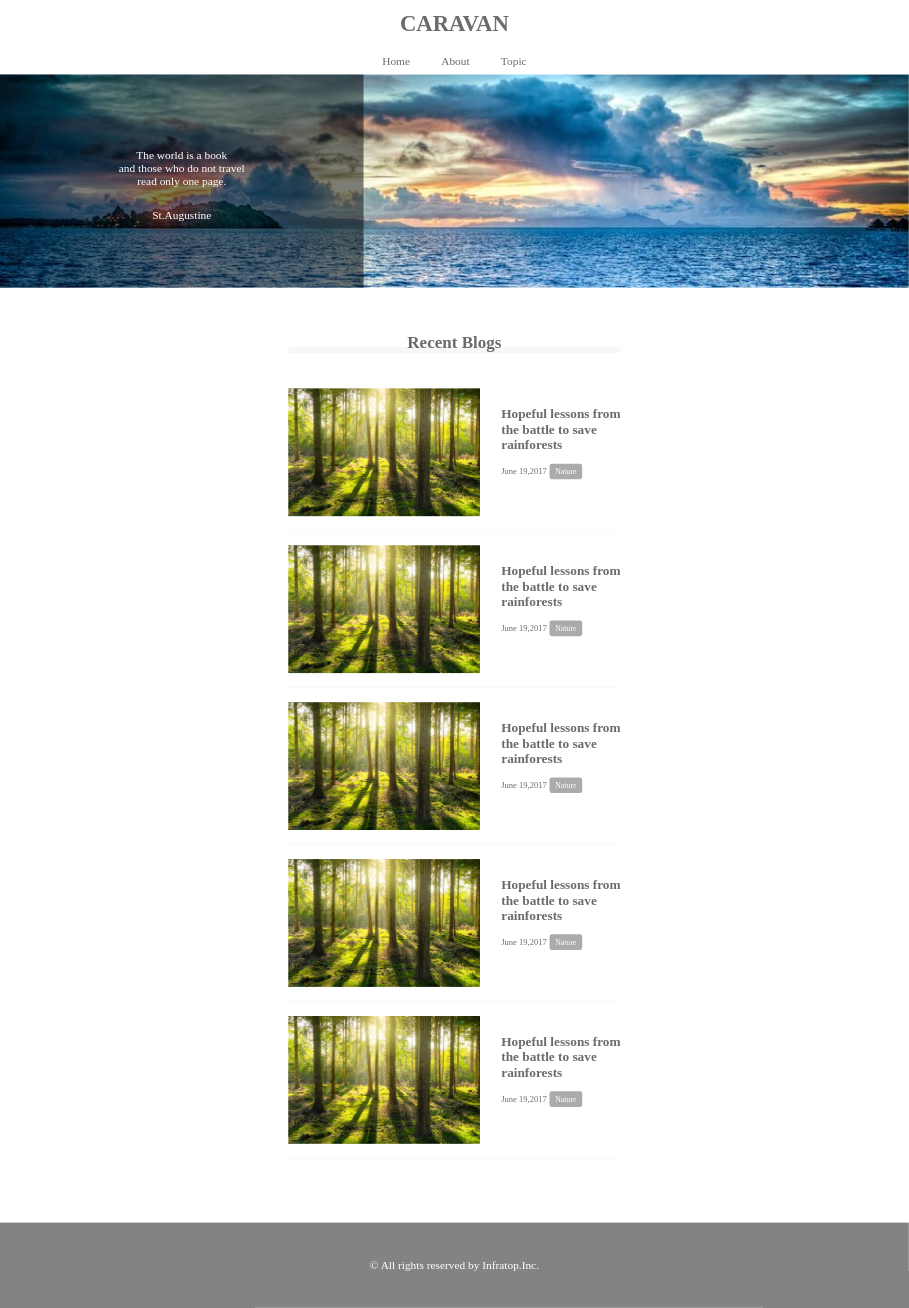
Repository: mitoma99/task4
Page: caravan/index.html
The author's editor kept a record of every edit. The page is drawn from the files as they stood at one moment, then again after the next edit.
The browser window is 1280 px wide. The pictures show the whole page, at 71% of full size.

Above is the page before.

After the next edit:
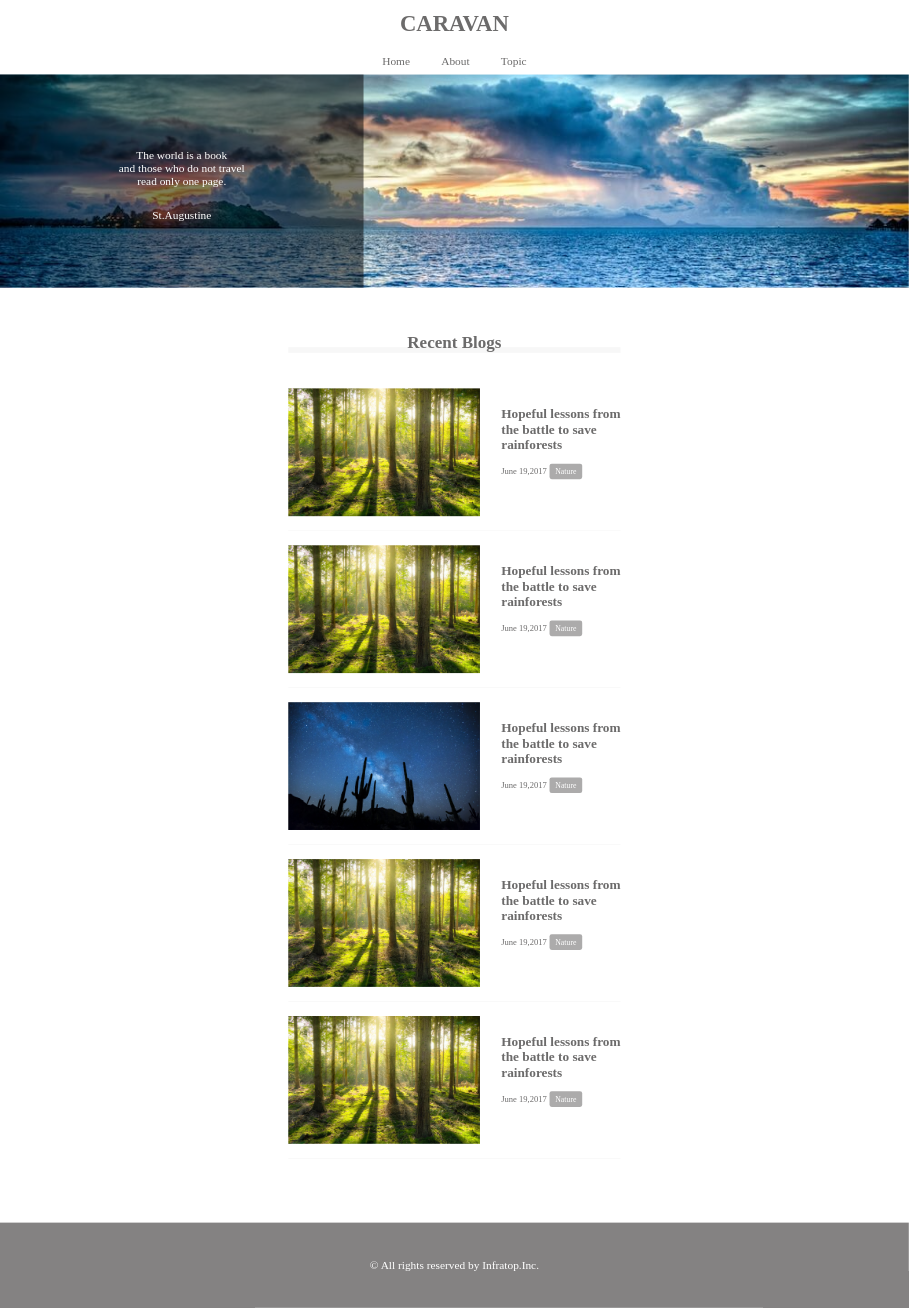
The edit:
--- a/caravan/index.html
+++ b/caravan/index.html
@@ -73,7 +73,7 @@
         </section>
         </div>
          <div class="blog-item">
-        <img class="blog-image" src="img/forest.jpg"/>
+        <img class="blog-image" src="img/desert.jpg"/>
         <section class="blog-text">
           <h3 class="blog-text-heading">
             <a href="single.html">
